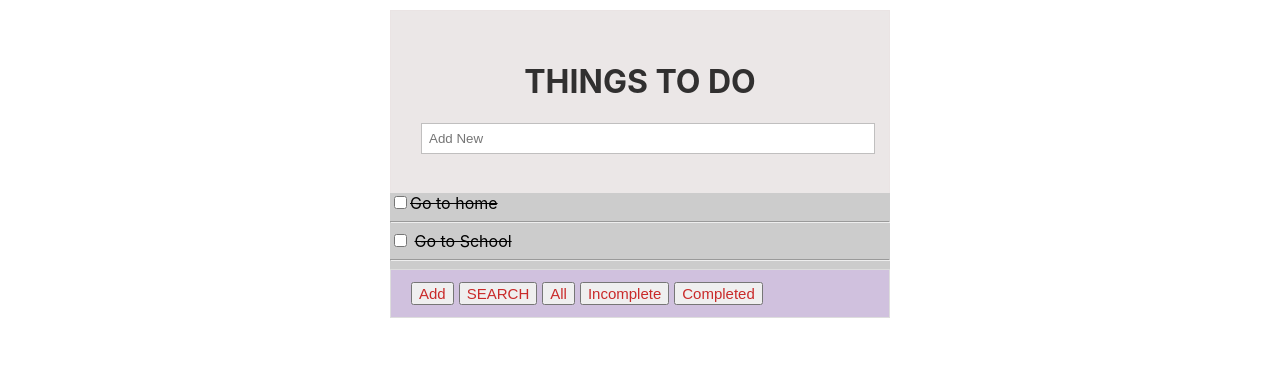
Repository: kirangautam45/To-Do-Application
Page: /
These files come from the project's save history. The page is drawn as it stood at one moment and after a run of saves; the edit follows.
The browser window is 1280 px wide. The pictures show the whole page.
The project was rebuilt for these pictures with package versions that can differ from the ones it lists, and the page was loaded fresh each time.

Above is the page before, as saved 2022-08-11 14:44:23.

### src/App.js
import "./App.css";

function App() {
  return (
    <div>
      <div className="Body">
        <div className="To_Body">
          <h1 className="Header"> THINGS TO DO</h1>
          <input className="Input_text" placeholder="Add New" />
        </div>
        <div className="Box">
          <input type="checkbox" />
          <span className="Text">Go to home</span>
          <hr />
          <div className="Border"></div>
          <input className="Text" type="checkbox" />{" "}
          <span className="Text"> Go to School </span>
          <hr />
        </div>
        <div>
          <div className="Icon">
              <button  className="Icon_button">Add</button>
              <button className="Icon_button">SEARCH</button>
              <button className="Icon_button">All</button>

              <button className="Icon_button">Incomplete</button>
              <button className="Icon_button">Completed</button>
            </div>
          </div>
        </div>
      </div>
  );
}

export default App;

### src/App.css
.Body {
  background-color: #ccc;
 width: 500px;
 margin: 10px auto;
display: 'flex';

}
.Header{
  text-align: center;
  color:rgb(49, 48, 48);
}
.To_Body{
min-height: fit-content;
justify-content: center;
background-color: #ebe7e7;
padding: 30px;
border: 1px rgb(234, 228, 228);
    border-top-style: none;
    border-right-style: none;
    border-left-style: none;
border-style: solid solid none;
}
.Input_text{
  outline: none;
  width: 100%;
  padding: 7px;
  border: 1px solid  rgb(192, 191, 191);
  margin-bottom: 2%;
}
.Icon{
  height: auto;
justify-content: space-between;
border: 1px solid #ddd;
background-color: #d0c1de;
padding: 12px 20px;
text-decoration: line-through;

}
.Icon_left{
text-align: left;
position: relative;
margin-top: 0%;
}
.Icon_right{
text-align: right;
margin-top: 0%;
position: relative;

}

.Icon_button {
  height:auto;
  width: auto;
  align-items: left;
  color: rgb(201, 42, 42);
  font-size: 15px;
  margin-right: 5px;
  cursor: pointer;
  height: 1;
  padding: 5;

}
.Border{
  line-break: auto 1 ;
  border-radius: 1rem;
}
.Text{
  text-decoration: line-through;
    text-decoration-line: line-through;
    text-decoration-style: solid;
    text-decoration-color: currentcolor;
    text-decoration-thickness: auto;
}

Loaded but not shown: public/index.html (common file); src/index.js (common file); src/index.css (common file)

After the next 2 saves:
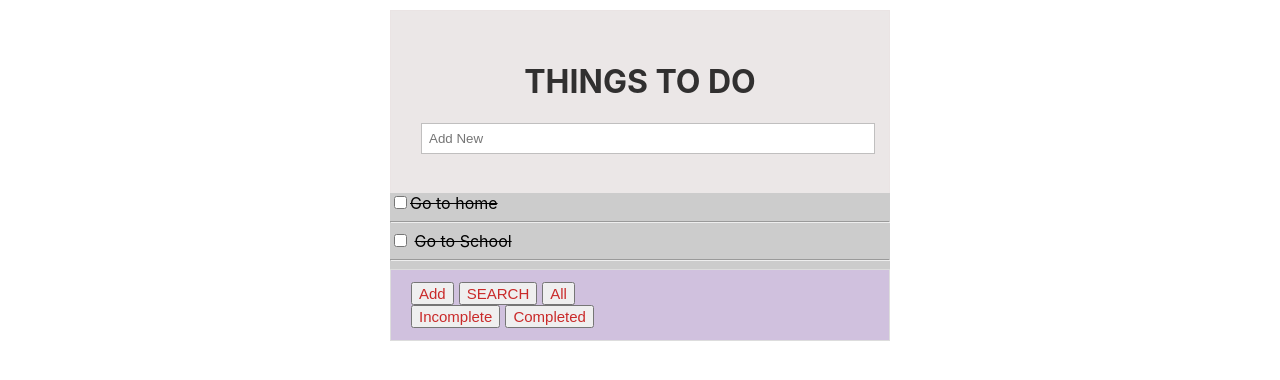
The 2 saves are shown as one change because they came seconds apart.
The last was saved 8 s later.
--- a/src/App.js
+++ b/src/App.js
@@ -22,7 +22,9 @@ function App() {
               <button  className="Icon_button">Add</button>
               <button className="Icon_button">SEARCH</button>
               <button className="Icon_button">All</button>
+              <div>
 
+              </div>
               <button className="Icon_button">Incomplete</button>
               <button className="Icon_button">Completed</button>
             </div>
